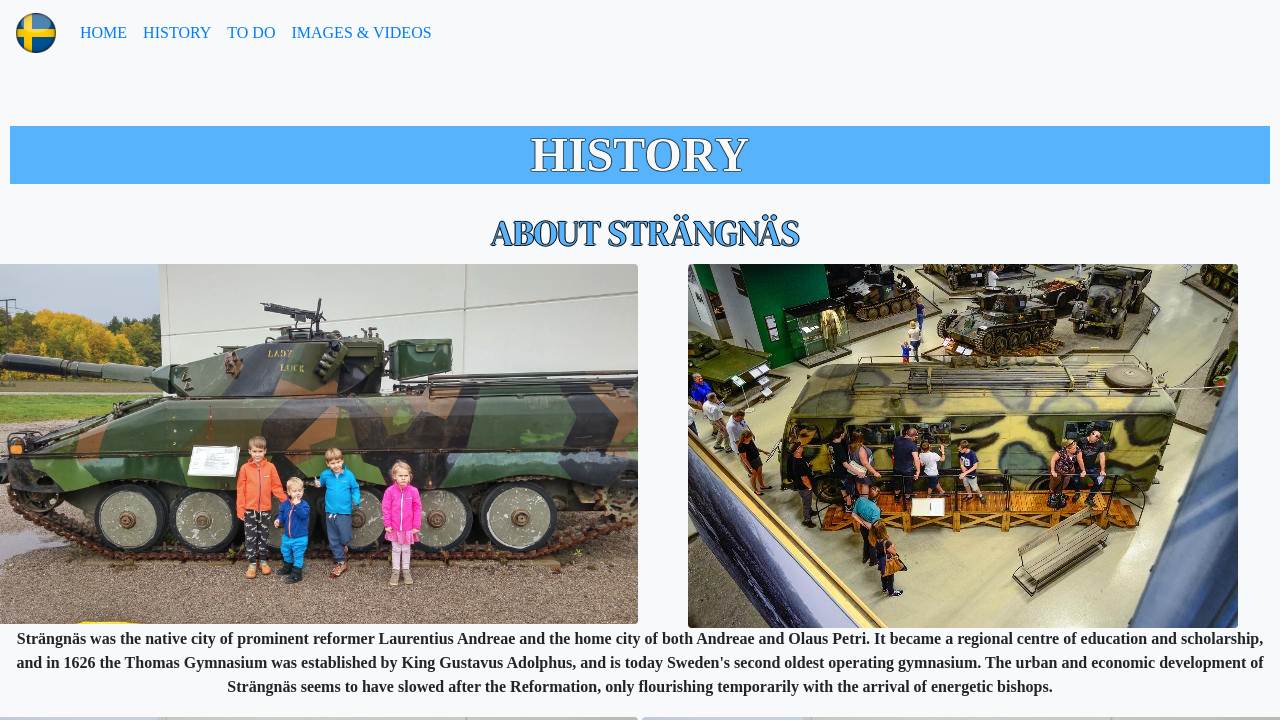
Repository: kososwede/first-project
Page: history.html
The author's editor kept a record of every edit. The page is drawn from the files as they stood at one moment, then again after the next edit.
The browser window is 1280 px wide. The pictures show the whole page.
An inner scrolling area shows only its first screen. Some web fonts or font styles are not loaded; a fallback is used.

Above is the page before.

After the next edit:
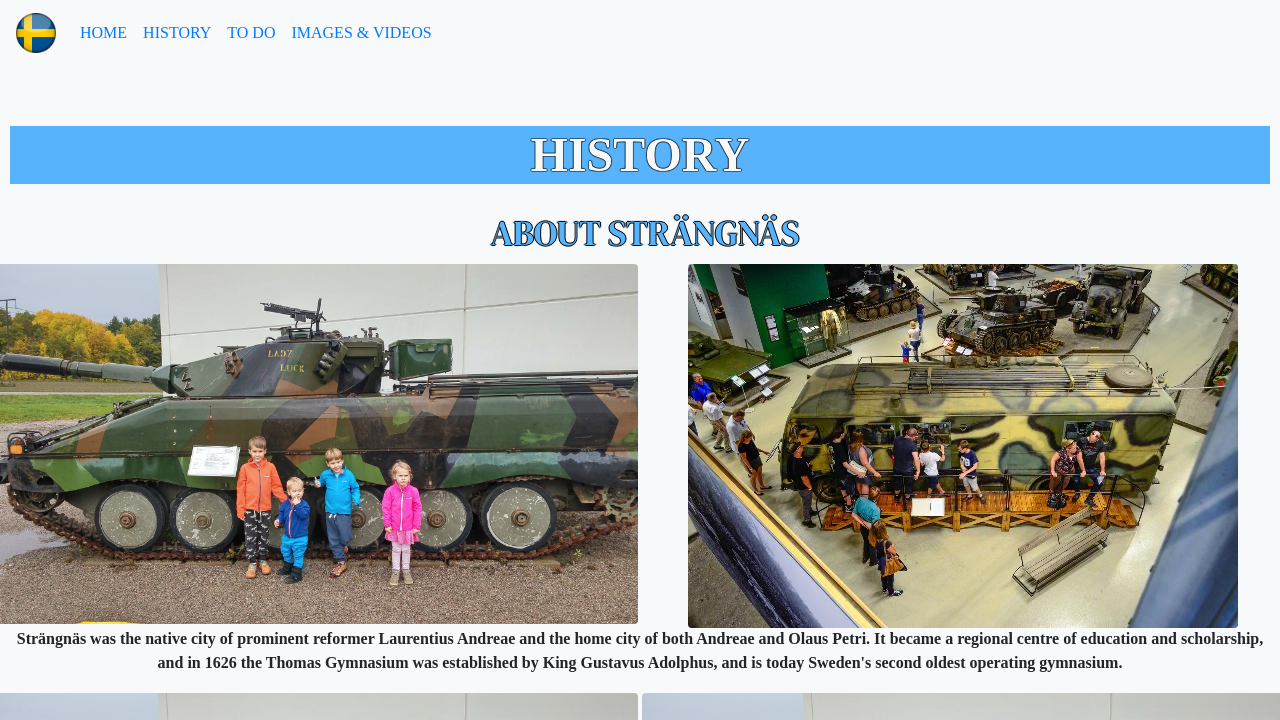
The edit:
--- a/history.html
+++ b/history.html
@@ -50,7 +50,7 @@
       </div>
       <div class="col-12">
         <p>Strängnäs was the native city of prominent reformer Laurentius Andreae and the home city of both Andreae and Olaus Petri. It became a regional centre of education and scholarship, and in 1626 the Thomas Gymnasium was established by King Gustavus
-          Adolphus, and is today Sweden's second oldest operating gymnasium. The urban and economic development of Strängnäs seems to have slowed after the Reformation, only flourishing temporarily with the arrival of energetic bishops.
+          Adolphus, and is today Sweden's second oldest operating gymnasium.
         </p>
       </div>
       <div class="col-6">
